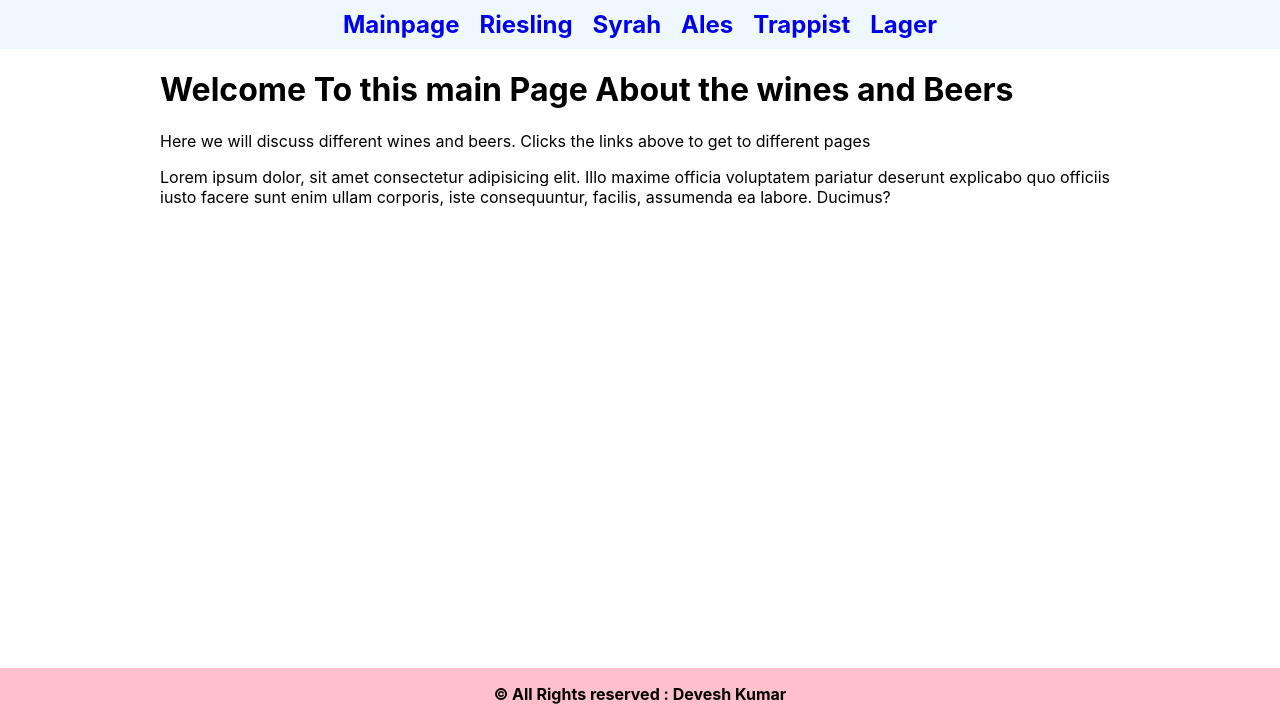
Repository: portretrieve/react-practice
Page: /
The author's editor kept a copy of each file at every save. The page is drawn from the files as they stood at one save, then again after the next save.
The browser window is 1280 px wide. The pictures show the whole page.
The project was rebuilt for these pictures with package versions that can differ from the ones it lists, and the page was loaded fresh each time. Also part of the build but not shown: src/wines/Riesling.js, src/wines/Syrah.js, src/beers/Ale.js, src/beers/Lager.js, src/beers/Trappist.js.

Above is the page before, as saved 2021-08-26 19:48:11.

After the next save:
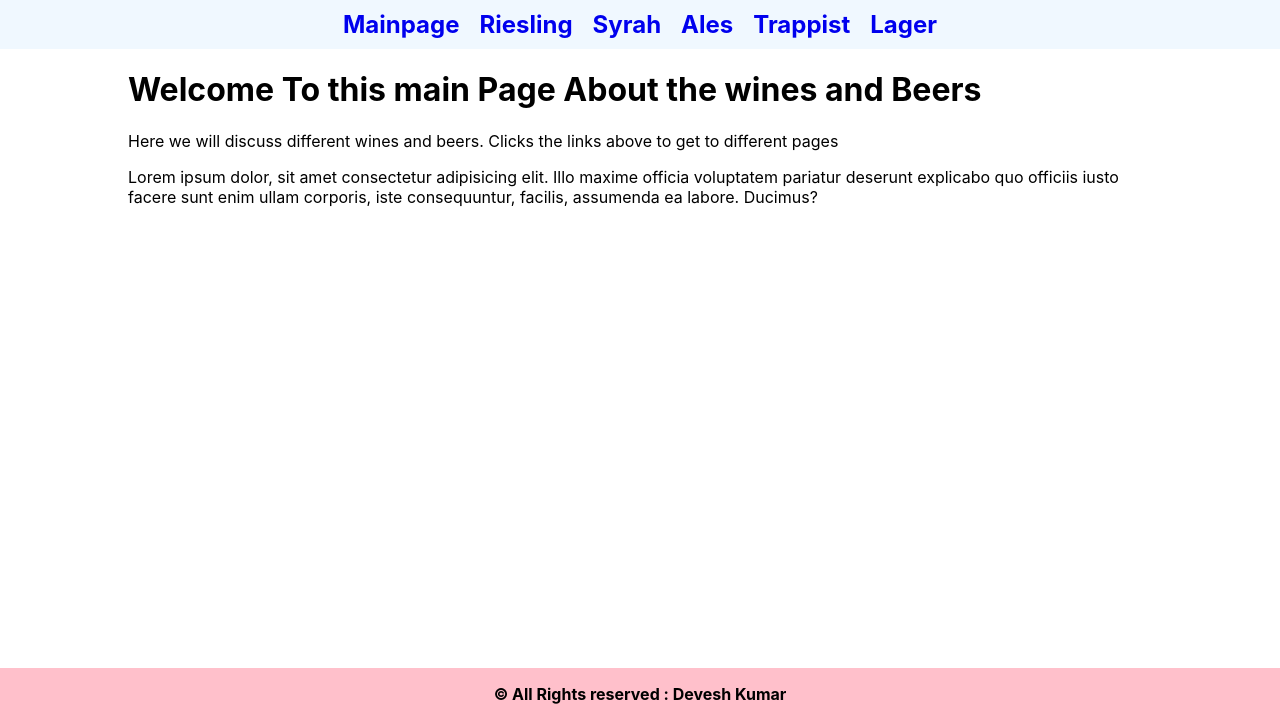
Saved 11 s later.
--- a/src/Util/centerContent.module.css
+++ b/src/Util/centerContent.module.css
@@ -1,4 +1,4 @@
 .container {
-    max-width: 960px;
+    max-width: 80%;
     margin: 0 auto;
 }

After the save that followed:
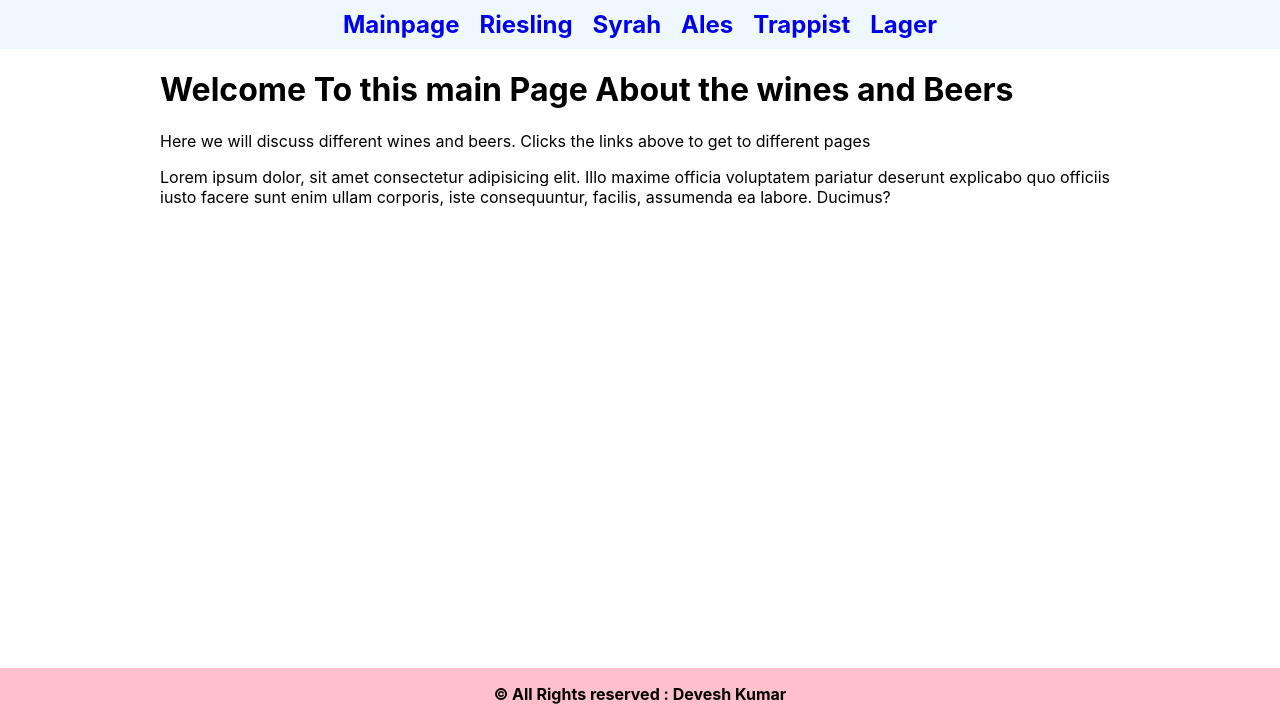
Saved 6 s later.
--- a/src/Util/centerContent.module.css
+++ b/src/Util/centerContent.module.css
@@ -1,4 +1,4 @@
 .container {
-    max-width: 80%;
+    max-width: 960px;
     margin: 0 auto;
 }
